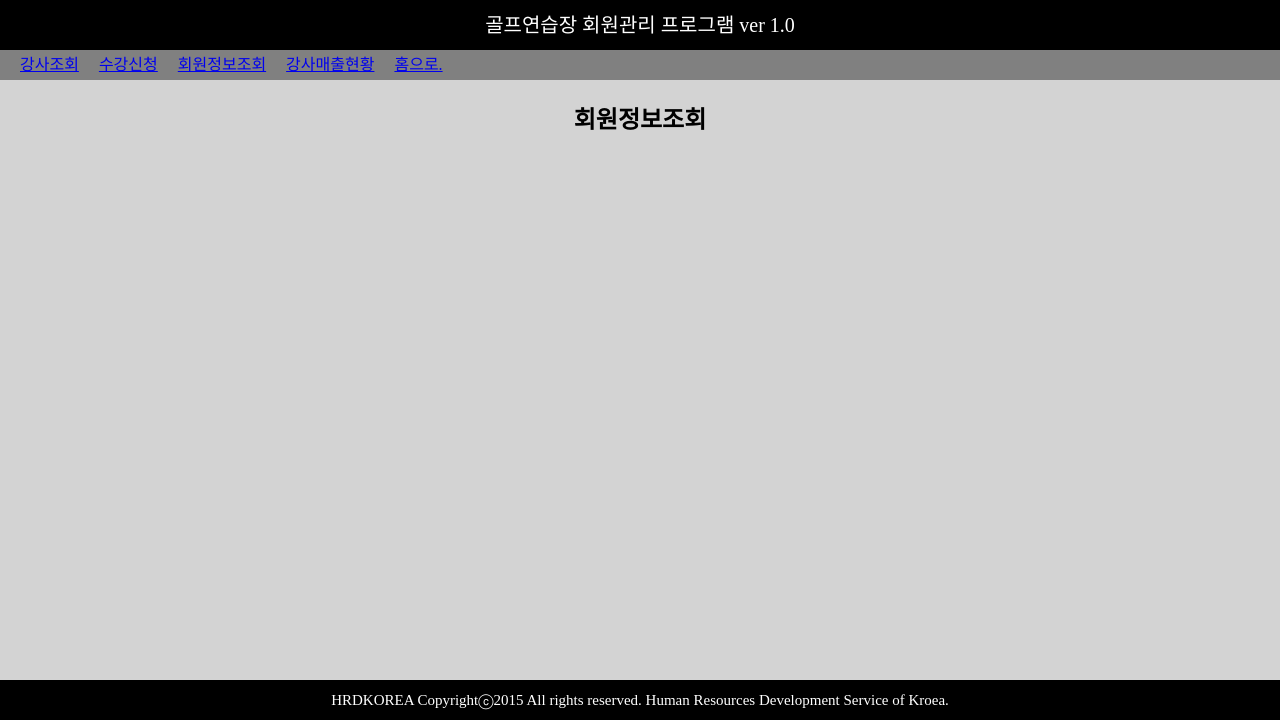
Repository: alsco727/JSP
Page: http://localhost/HRD_2207/memberlist.jsp
An editor plug-in stored every save of this project. The page is shown before and after the next save, followed by the edit.
The browser window is 1280 px wide. The pictures show the whole page.
The page is served by Tomcat 9.

Above is the page before, as saved 2022-10-17 10:38:36.

After the next save:
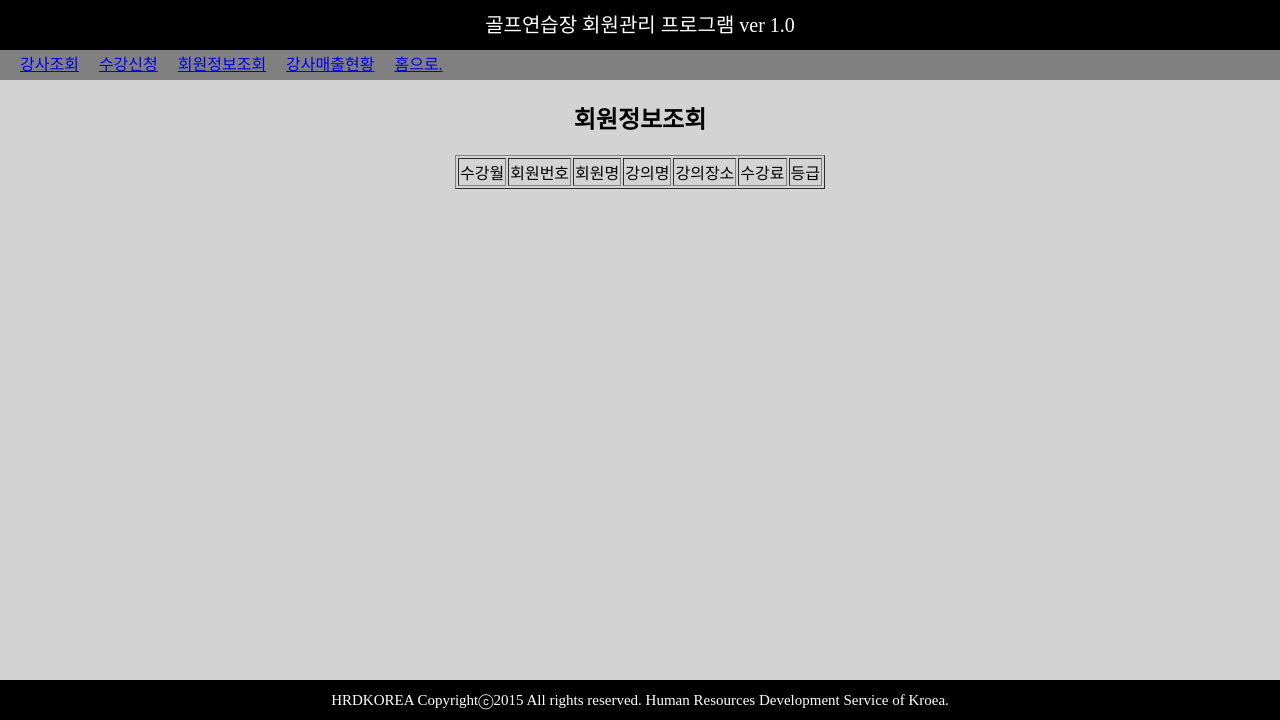
Saved 2 min 23 s later.
--- a/information_Processing/JSP과제7/HRD_2207/src/main/webapp/memberlist.jsp
+++ b/information_Processing/JSP과제7/HRD_2207/src/main/webapp/memberlist.jsp
@@ -10,6 +10,19 @@
 <jsp:include page="header.jsp"></jsp:include>
 <section style="position:fixed; top:80px; left:0px; width:100%; height:100%; background-color:lightgray">
 <h2 style="text-align:center">회원정보조회</h2>
+<form style="display:flex; align-items:center; justify-content:center; text-algin:center">
+<table border="1">
+<tr>
+<td>수강월</td>
+<td>회원번호</td>
+<td>회원명</td>
+<td>강의명</td>
+<td>강의장소</td>
+<td>수강료</td>
+<td>등급</td>
+</tr>
+</table>
+</form>
 </section>
 <jsp:include page="footer.jsp"></jsp:include>
 </body>
